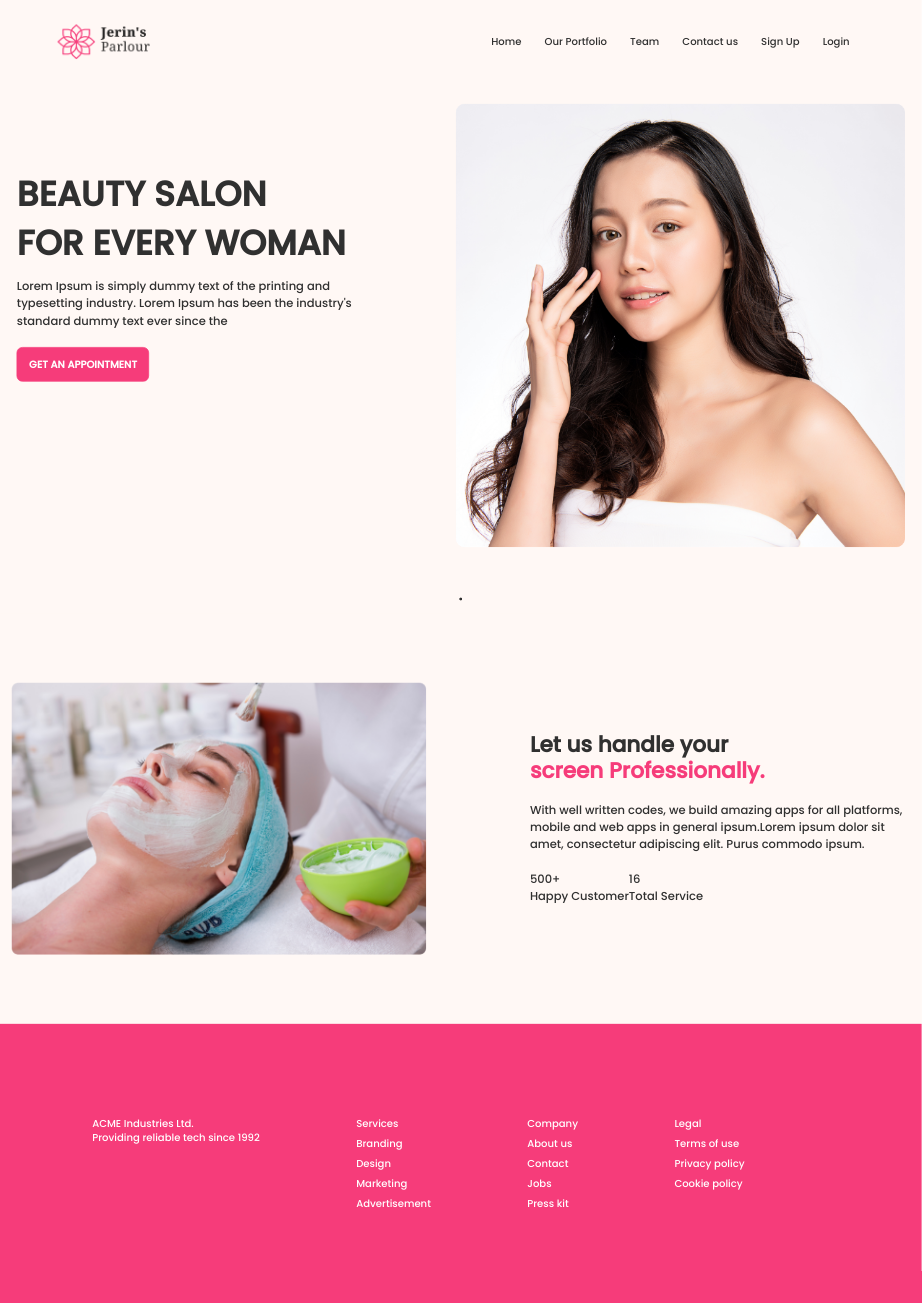
Repository: Wahid137/jerins-parlour-client
Page: /
An editor plug-in stored every save of this project. The page is shown before and after the next save, followed by the edit.
The browser window is 1280 px wide. The pictures show the whole page, at 72% of full size.
The page's requests for data from a server got no answer. The project was rebuilt for these pictures with package versions that can differ from the ones it lists, and the page was loaded fresh each time. No one was signed in, and anything a server would have sent is missing. Also part of the build but not shown: src/App.css, src/Pages/Home/Services/ServicesCard.js.

Above is the page before, as saved 2023-07-16 04:31:06.

After the next save:
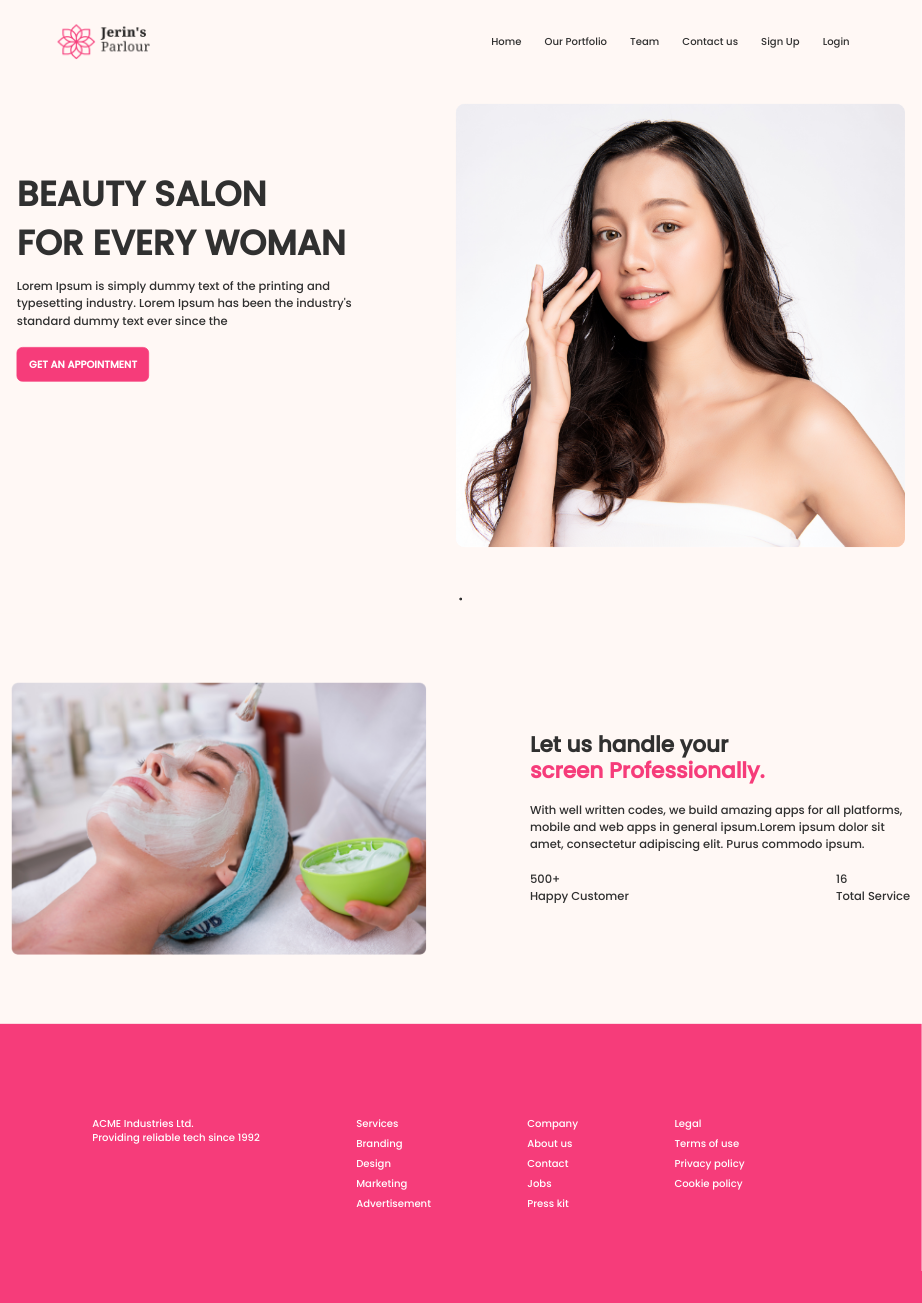
Saved 13 s later.
--- a/src/Pages/Home/Screen/Screen.js
+++ b/src/Pages/Home/Screen/Screen.js
@@ -9,7 +9,7 @@ const Screen = () => {
                 <div className='lg:w-1/2 ms-32'>
                     <h1 className="text-3xl font-semibold">Let us handle your <br /><span className='text-primary'>screen Professionally.</span></h1>
                     <p className="py-6">With well written codes, we build amazing apps for all platforms, mobile and web apps in general ipsum.Lorem ipsum dolor sit amet, consectetur adipiscing elit. Purus commodo ipsum.</p>
-                    <div className='flex'>
+                    <div className='flex justify-between'>
                         <div>
                             <p>500+</p>
                             <p>Happy Customer</p>
